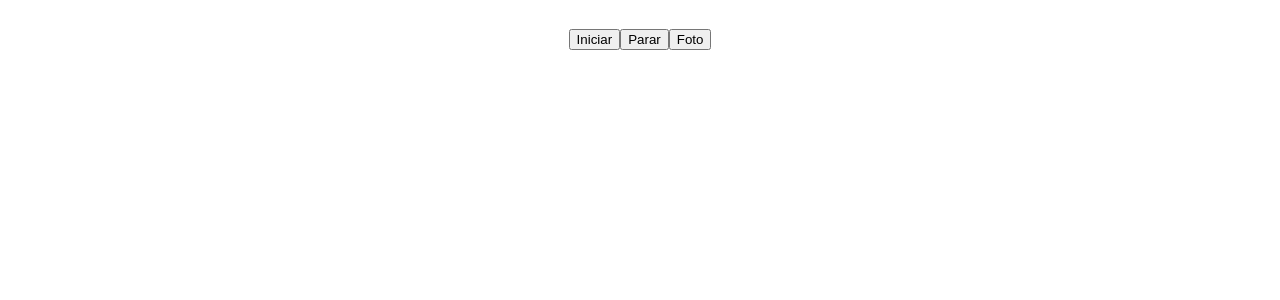
Repository: Info-Prestamype/identiface
Page: / (app in demo/)
The author's editor kept a copy of each file at every save. The page is drawn from the files as they stood at one save, then again after the next save.
The browser window is 1280 px wide. The pictures show the whole page.
The project was rebuilt for these pictures with package versions that can differ from the ones it lists, and the page was loaded fresh each time. Also part of the build but not shown: demo/vue.config.js.

Above is the page before, as saved 2020-05-11 13:09:35.

After the next save:
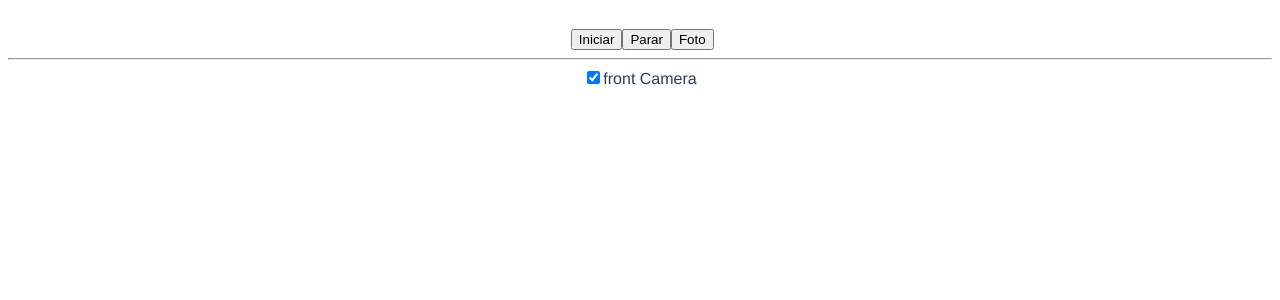
Saved 6 s later.
--- a/demo/src/components/example.vue
+++ b/demo/src/components/example.vue
@@ -6,8 +6,9 @@
                     awsUrl="https://api.dev.prestamype.com/v1/prestajapi/post_upload_file_s3"
                     :awsConfig="{hola:'Mundo'}"
                     :device-id="deviceId"
-                    :isFrontCam="true"
+                    :isFrontCam="frontCamera"
                     width="100%"
+                    height="888"
                     @started="onStarted"
                     @stopped="onStopped"
                     @error="onError"
@@ -19,12 +20,16 @@
                     @preview="onPreviewImage"
             ></WebCam>
             <img :src="img" alt="">
+            {{error}}
 
             <template  v-if="!notSupport">
                 <button @click="Start">Iniciar</button>
                 <button @click="Stop">Parar</button>
                 <button @click="Capture">Foto</button>
+                <hr/>
+                <label><input type="checkbox" v-model="frontCamera">front Camera</label>
             </template>
+
         </template>
 
     </div>
@@ -44,10 +49,12 @@
         },
         data() {
             return {
+                error:'',
                 notSupport: false,
                 initCamera: false,
                 img: null,
                 camera: null,
+                frontCamera: true,
                 deviceId: null,
                 devices: []
             };
@@ -65,11 +72,14 @@
                 this.deviceId = id;
             },
             devices: function () {
-                const [first, ...others] = this.devices;
+                // Once we have a list select the first one
+                let first = this.devices[0];
+
                 if (first) {
-                    this.camera = first.deviceId;
-                    this.deviceId = first.deviceId;
+                    this.camera = first.deviceId
+                    this.deviceId = first.deviceId
                 }
+
             }
         },
         methods: {
@@ -89,7 +99,7 @@
                 //console.log("On Started Event", stream);
             },
             onStopped(stream) {
-                //console.log("On Stopped Event", stream);
+                console.log("On Stopped Event", stream);
             },
             Stop() {
                 this.$refs.webcam.stop();
@@ -99,6 +109,7 @@
             },
             onError(error) {
                 this.notSupport = true;
+                this.error = error;
                 console.log("On Error Event", error);
             },
             onCameras(cameras) {
